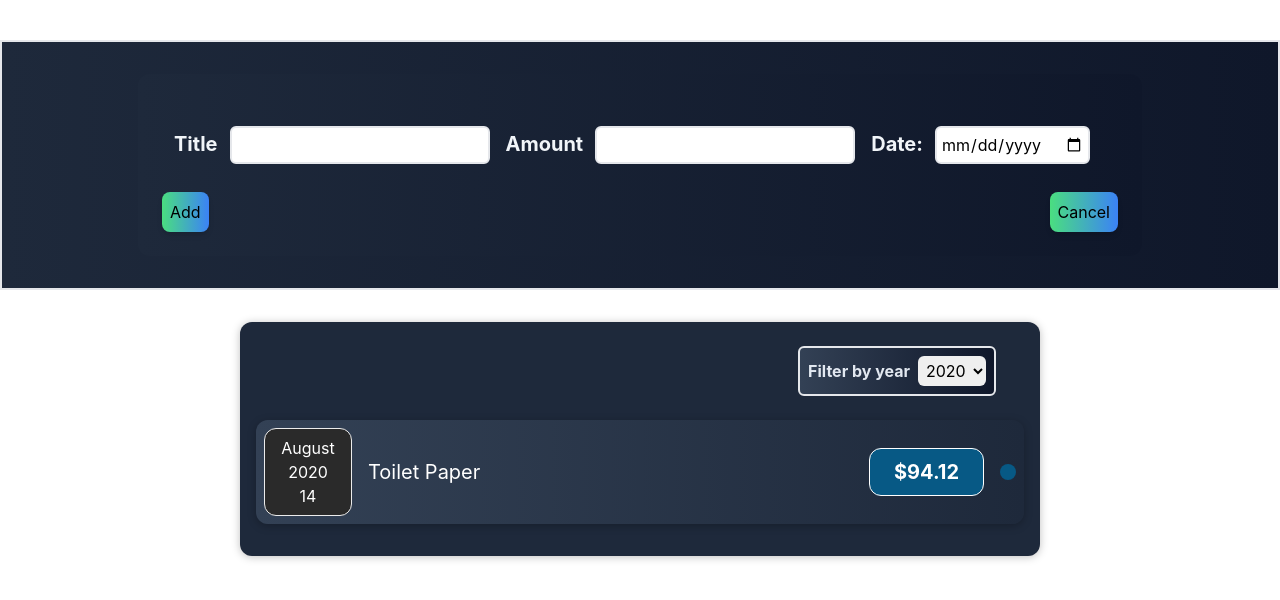
Repository: Sef24/expense-tracker
Page: /, after clicking the first element matching `button`
The author's editor kept a copy of each file at every save. The page is drawn from the files as they stood at one save, then again after the next save.
The browser window is 1280 px wide. The pictures show the whole page.
The project was rebuilt for these pictures with package versions that can differ from the ones it lists, and the page was loaded fresh each time. Also part of the build but not shown: src/components/NewExpense/NewExpense.css, src/components/NewExpense/ExpenseForm.css.

Above is the page before, as saved 2022-05-03 16:41:42.

### public/index.html
<!DOCTYPE html>
<html lang="en">
  <head>
    <meta charset="utf-8" />
    <link rel="icon" href="%PUBLIC_URL%/favicon.ico" />
    <meta name="viewport" content="width=device-width, initial-scale=1" />

    <meta
      name="description"
      content="Web site created using create-react-app"
    />
    <link rel="apple-touch-icon" href="%PUBLIC_URL%/logo192.png" />
    <!--
      manifest.json provides metadata used when your web app is installed on a
      user's mobile device or desktop. See https://developers.google.com/web/fundamentals/web-app-manifest/
    -->
    <link rel="manifest" href="%PUBLIC_URL%/manifest.json" />
    <!--
      Notice the use of %PUBLIC_URL% in the tags above.
      It will be replaced with the URL of the `public` folder during the build.
      Only files inside the `public` folder can be referenced from the HTML.

      Unlike "/favicon.ico" or "favicon.ico", "%PUBLIC_URL%/favicon.ico" will
      work correctly both with client-side routing and a non-root public URL.
      Learn how to configure a non-root public URL by running `npm run build`.
    -->
    <title>React App</title>
  </head>
  <body>
    <noscript>You need to enable JavaScript to run this app.</noscript>
    <div id="root"></div>
    <!--
      This HTML file is a template.
      If you open it directly in the browser, you will see an empty page.

      You can add webfonts, meta tags, or analytics to this file.
      The build step will place the bundled scripts into the <body> tag.

      To begin the development, run `npm start` or `yarn start`.
      To create a production bundle, use `npm run build` or `yarn build`.
    -->
  </body>
</html>

### src/App.js
import Expenses from "./components/Expenses";
import NewExpense from "./components/NewExpense/NewExpense";
import { useState } from "react";

const DUMMY_DATA = [
  {
    id: "e1",
    title: "Toilet Paper",
    amount: 94.12,
    date: new Date(2020, 7, 14),
  },
  { id: "e2", title: "New TV", amount: 799.49, date: new Date(2021, 2, 12) },
  {
    id: "e3",
    title: "Car Insurance",
    amount: 294.67,
    date: new Date(2021, 2, 28),
  },
  {
    id: "e4",
    title: "New Desk (Wooden)",
    amount: 450,
    date: new Date(2021, 5, 12),
  },
];

function App() {
  const [expenses, setExpenses] = useState(DUMMY_DATA);

  const addExpenseHandler = (expense) => {
    setExpenses((prevExpenses) => {
      return [expense, ...prevExpenses];
    });
  };
  return (
    <div>
      <div>
        <NewExpense onAddExpense={addExpenseHandler} />
        <Expenses items={expenses} />
      </div>
    </div>
  );
}

export default App;

### src/components/Expenses.js
import React, { useState } from "react";
import ExpenseItem from "./ExpenseItem";
import "./Expenses.css";
import ExpensesList from "./ExpensesList";
import ExpensesFilter from "./NewExpense/ExpensesFilter";

function Expenses(props) {
  const [filteredYear, setFilteredYear] = useState("2020");

  const filterChangeHandler = (selectedYear) => {
    setFilteredYear(selectedYear);
  };

  const filteredExpenses = props.items.filter((expense) => {
    return expense.date.getFullYear().toString() === filteredYear;
  });

  return (
    <div>
      <div className="expenses  bg-slate-800 ... ">
        <ExpensesFilter
          selected={filteredYear}
          onChangeFilter={filterChangeHandler}
        />
        <ExpensesList items={filteredExpenses} />
      </div>
    </div>
  );
}

export default Expenses;

### src/components/NewExpense/NewExpense.js
import React from "react";
import "./NewExpense.css";
import ExpenseForm from "./ExpenseForm";
import { useState } from "react";

function NewExpense(props) {
  const [isEditing, setIsEditing] = useState(false);

  const saveExpenseDataHandler = (enteredExpenseData) => {
    const expenseData = {
      ...enteredExpenseData,
      id: Math.random().toString(),
    };

    props.onAddExpense(expenseData);
    setIsEditing(false);
  };

  const startEditingHandler = () => {
    setIsEditing(true);
  };

  const stopEditingHandler = () => {
    setIsEditing(false);
  };

  return (
    <div
      className="flex w-full p-4 mt-10 items-center justify-center border-2
      bg-gradient-to-r from-slate-800 to-slate-900 ... px-10"
    >
      {!isEditing && (
        <button
          onClick={startEditingHandler}
          className="flex items-center justify-center border-2 p-4 rounded-lg text-slate-50"
        >
          Add Expense
        </button>
      )}
      {isEditing && (
        <ExpenseForm
          onSaveExpenseData={saveExpenseDataHandler}
          onCancel={stopEditingHandler}
        />
      )}
    </div>
  );
}

export default NewExpense;

### src/components/ExpenseItem.js
import React, { useState } from "react";
import "./ExpenseItem.css";
import ExpenseDate from "./ExpenseDate";

function ExpenseItem(props) {
  const [title, setTitle] = useState(props.title);

  const clickHandler = () => {
    setTitle("Updated");
    console.log(title);
  };

  return (
    <li>
      <div className="expense-item bg-gradient-to-r  from-slate-700  to-slate-800 ... border-x-cyan-100 ">
        <ExpenseDate date={props.date} />

        <div className="expense-item__description">
          <h2>{props.title}</h2>

          <div className="expense-item__price bg-sky-800">${props.amount}</div>
        </div>
        <button
          className="p-2 ml-4 border-transparent rounded-full border-0
        bg-sky-800 font-bold text-slate-50"
          onClick={clickHandler}
        ></button>
      </div>
    </li>
  );
}

export default ExpenseItem;

### src/components/Expenses.css
.expenses {
  padding: 1rem;

  margin: 2rem auto;
  width: 50rem;
  max-width: 95%;
  border-radius: 12px;
  box-shadow: 0 1px 8px rgba(0, 0, 0, 0.25);
}

### src/components/ExpensesList.js
import React from "react";

import ExpenseItem from "./ExpenseItem";

const ExpensesList = (props) => {
  if (props.items.length === 0) {
    return (
      <h2 className="text-white font-extrabold text-xl flex items-center justify-center">
        Found no expenses...
      </h2>
    );
  }

  return (
    <ul>
      {props.items.map((expense) => (
        <ExpenseItem
          key={expense.id}
          id={expense.id}
          title={expense.title}
          amount={expense.amount}
          date={expense.date}
        />
      ))}
    </ul>
  );
};

export default ExpensesList;

### src/components/NewExpense/ExpensesFilter.js
import React from "react";

const ExpensesFilter = (props) => {
  const dropdownChangeHandler = (event) => {
    props.onChangeFilter(event.target.value);
  };
  return (
    <div className="">
      <div className="flex justify-end p-2 mr-5 ">
        <div
          className="border-2  rounded-md border-inherit p-2 ml-6
        bg-gradient-to-r from-slate-700 to-slate-900 ..."
        >
          <label className="text-slate-200 font-bold mr-2">
            Filter by year
          </label>
          <select
            value={props.selected}
            onChange={dropdownChangeHandler}
            className="rounded-md p-1"
          >
            <option value="2022">2022</option>
            <option value="2021">2021</option>
            <option value="2020">2020</option>
            <option value="2019">2019</option>
          </select>
        </div>
      </div>
    </div>
  );
};

export default ExpensesFilter;

### src/components/NewExpense/ExpenseForm.js
import React, { useState } from "react";
import "./ExpenseForm.css";

function ExpenseForm(props) {
  const [titleHandler, setTitleHandler] = useState("");
  const [amountHandler, setAmountHandler] = useState("");
  const [dateHandler, setDateHandler] = useState("");

  const handleTitleChange = (event) => {
    setTitleHandler(event.target.value);
  };

  const handleAmountChange = (event) => {
    setAmountHandler(event.target.value);
  };

  const handleDateChange = (event) => {
    setDateHandler(event.target.value);
  };

  const handleSubmit = (event) => {
    event.preventDefault();

    const expenseData = {
      title: titleHandler,
      amount: amountHandler,
      date: new Date(dateHandler),
    };
    props.onSaveExpenseData(expenseData);
    setTitleHandler("");
    setAmountHandler("");
    setDateHandler("");
  };

  return (
    <form
      className="bg-gradient-to-r from-slate-800 to-slate-900 ... p-6 m-4 rounded-xl"
      onSubmit={handleSubmit}
    >
      <div className="flex justify-center pt-4 m-3">
        <div className="font-bold text-slate-100 text-xl mr-1 mt-1">Title</div>
        <input
          className="border-2 mr-4 ml-2 rounded-md p-1 hover:bg-slate-50 active:bg-slate-50 "
          type="text"
          onChange={handleTitleChange}
          value={titleHandler}
        />

        <div className="font-bold text-slate-100 text-xl mr-1 mt-1">Amount</div>
        <input
          className="border-2 mr-4 ml-2 rounded-md p-1 hover:bg-slate-50 active:bg-slate-50"
          type="number"
          min="0.01"
          step="0.01"
          onChange={handleAmountChange}
          value={amountHandler}
        />

        <div className="font-bold text-slate-100 text-xl mr-1 mt-1">Date:</div>
        <input
          className="border-2 mr-4 ml-2 rounded-md p-1 hover:bg-slate-50 active:bg-slate-50"
          type="date"
          onChange={handleDateChange}
          value={dateHandler}
        />
      </div>
      <div className="flex flex-grow justify-between">
        <button
          type="submit"
          className="p-2 mt-4 border-3 border-solid rounded-lg shadow-md
          bg-gradient-to-r from-green-400 to-blue-500
          hover:from-pink-500 hover:to-yellow-500 ...
          active:opacity-75"
        >
          Add
        </button>
        <button
          type="button"
          onClick={props.onCancel}
          className="p-2 mt-4 border-3 border-solid rounded-lg shadow-md
          bg-gradient-to-r from-green-400 to-blue-500
          hover:from-pink-500 hover:to-yellow-500 ...
          active:opacity-75"
        >
          Cancel
        </button>
      </div>
    </form>
  );
}

export default ExpenseForm;

### src/components/ExpenseItem.css
.expense-item {
  display: flex;
  justify-content: space-between;
  align-items: center;
  box-shadow: 0 2px 8px rgba(0, 0, 0, 0.25);
  padding: 0.5rem;
  margin: 1rem 0;
  border-radius: 12px;
}

.expense-item__description {
  display: flex;
  flex-direction: column;
  gap: 1rem;
  align-items: flex-end;
  flex-flow: column-reverse;
  justify-content: flex-start;
  flex: 1;
}

.expense-item h2 {
  color: #3a3a3a;
  font-size: 1rem;
  flex: 1;
  margin: 0 1rem;
  color: white;
}

.expense-item__price {
  font-size: 1rem;
  font-weight: bold;
  color: white;

  border: 1px solid white;
  padding: 0.5rem;
  border-radius: 12px;
}

@media (min-width: 580px) {
  .expense-item__description {
    flex-direction: row;
    align-items: center;
    justify-content: flex-start;
    flex: 1;
  }

  .expense-item__description h2 {
    font-size: 1.25rem;
  }

  .expense-item__price {
    font-size: 1.25rem;
    padding: 0.5rem 1.5rem;
  }
}

### src/components/ExpenseDate.js
import React from "react";
import "./ExpenseDate.css";

function ExpenseDate(props) {
  const month = props.date.toLocaleString("en-US", { month: "long" });
  const day = props.date.getDate();
  const year = props.date.getFullYear();

  return (
    <div className="expense-date">
      <div className="expense__month">{month}</div>
      <div className="expense__year">{year}</div>
      <div className="expense__day">{day}</div>
    </div>
  );
}

export default ExpenseDate;

Loaded but not shown: src/index.js (common file); src/index.css (common file); src/components/ExpenseDate.css (common file); tailwind.config.js (common file)

After the next save:
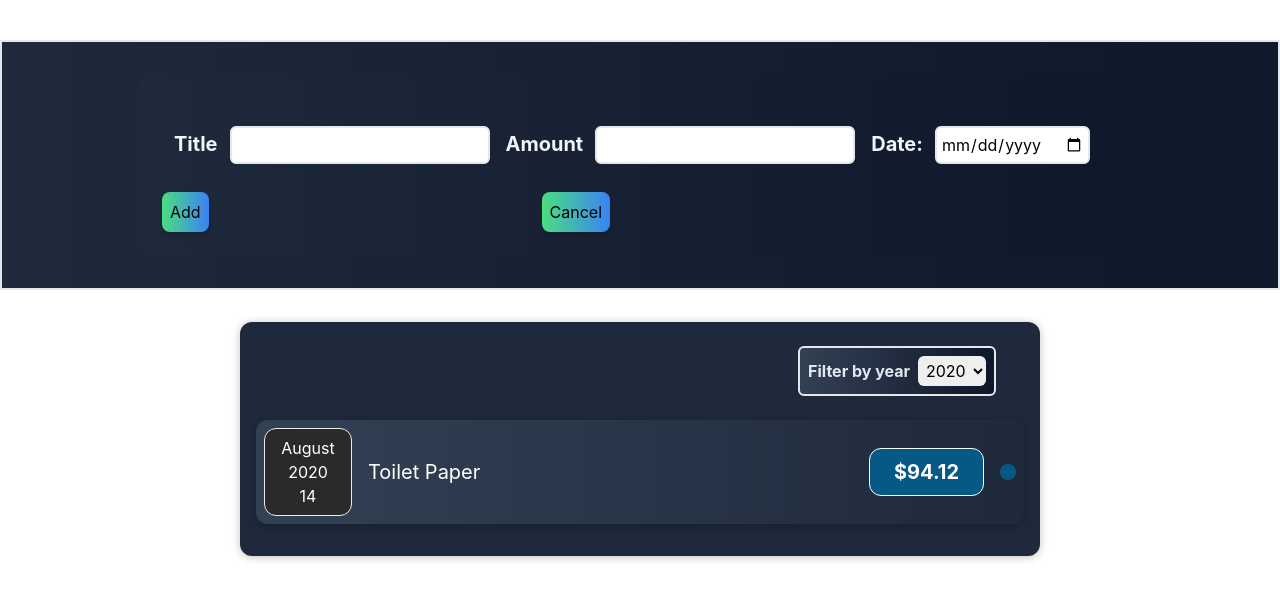
Saved 11 s later.
--- a/src/components/NewExpense/ExpenseForm.js
+++ b/src/components/NewExpense/ExpenseForm.js
@@ -64,7 +64,7 @@ function ExpenseForm(props) {
           value={dateHandler}
         />
       </div>
-      <div className="flex flex-grow justify-between">
+      <div className="flex flex-grow justify-between max-w-md">
         <button
           type="submit"
           className="p-2 mt-4 border-3 border-solid rounded-lg shadow-md
